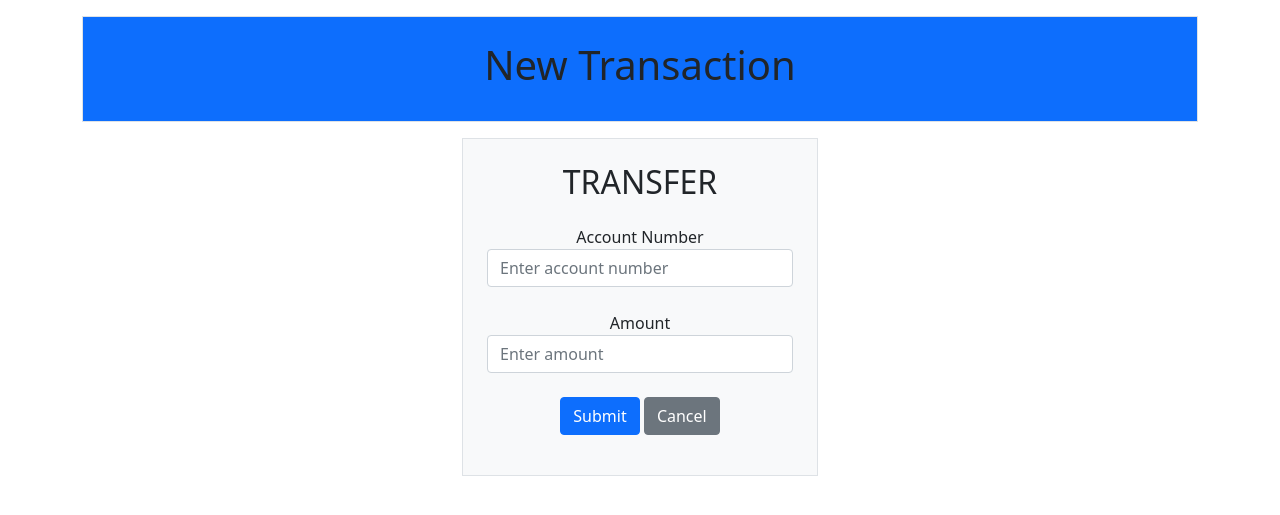
Repository: RMVLajaykumar/monojavaee
Page: http://localhost/13-bankapplication-demo/transaction.jsp
An editor plug-in stored every save of this project. The page is shown before and after the next save, followed by the edit.
The browser window is 1280 px wide. The pictures show the whole page.
The page is served by Tomcat 9. Nobody is signed in. The application's start-up code is not run. Other server files are loaded and not shown.

Above is the page before, as saved 2024-07-20 19:04:48.

### 13-bankapplication-demo/WebContent/transaction.jsp
<%@ page language="java" contentType="text/html; charset=ISO-8859-1"
    pageEncoding="ISO-8859-1"%>
<%@ taglib uri="http://java.sun.com/jsp/jstl/core" prefix="c"%>
<%@ taglib uri="http://java.sun.com/jsp/jstl/functions" prefix="fn"%>
<link href="https://cdn.jsdelivr.net/npm/bootstrap@5.0.2/dist/css/bootstrap.min.css" rel="stylesheet"
  integrity="sha384-EVSTQN3/azprG1Anm3QDgpJLIm9Nao0Yz1ztcQTwFspd3yD65VohhpuuCOmLASjC" crossorigin="anonymous">
<script src="https://cdn.jsdelivr.net/npm/bootstrap@5.0.2/dist/js/bootstrap.bundle.min.js"
  integrity="sha384-MrcW6ZMFYlzcLA8Nl+NtUVF0sA7MsXsP1UyJoMp4YLEuNSfAP+JcXn/tWtIaxVXM" crossorigin="anonymous"></script>
<!DOCTYPE html>
<html>
<head>
<meta charset="ISO-8859-1">
<title>Insert title here</title>
</head>
<body>
  <div class="container mt-3">
    <div class="row justify-content-center">
      <div class="col-12">
        <div class="p-4 border bg-primary text-center">
          <h1>New Transaction</h1>
        </div>
      </div>
    </div>
    <div class="row justify-content-center mt-3">
      <div class="col-lg-4">
        <div class="p-4 border bg-light text-center">
          <h2 class="mb-4">TRANSFER</h2> <!-- Added margin-bottom for more space -->
          <form action="user" method="get">
            <input type="hidden" name="UserController" value="newTransaction">
            <div class="form-group mb-4"> <!-- Added margin-bottom for more space -->
              <label for="account_number">Account Number</label>
              <input type="text" class="form-control" id="account_number" name="receiver_account_number" placeholder="Enter account number" >
            </div>
            <div class="form-group mb-4"> <!-- Added margin-bottom for more space -->
              <label for="transaction_amount">Amount</label>
              <input type="text" class="form-control" id="transaction_amount" placeholder="Enter amount" name="transaction_amount">
            </div>
            <div class="form-group mt-4"> <!-- Added margin-top for more space -->
              <button type="submit" class="btn btn-primary mr-2">Submit</button>
              <button type="reset" class="btn btn-secondary">Cancel</button>
            </div>
          </form>
        </div>
      </div>
    </div>
  </div>
</body>
</html>

After the next save:
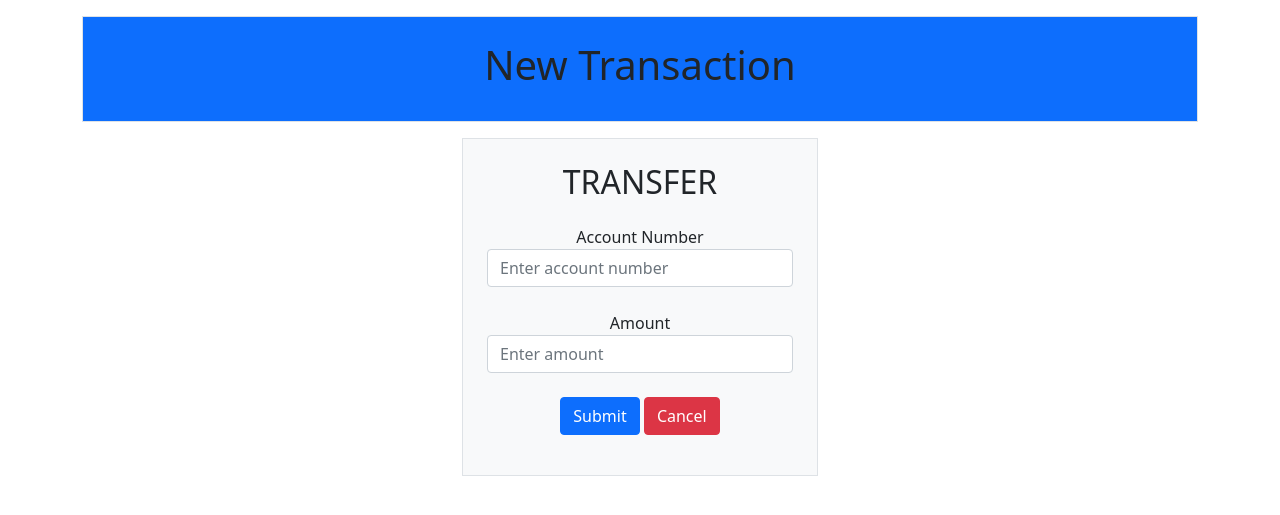
Saved 19 s later.
--- a/13-bankapplication-demo/WebContent/transaction.jsp
+++ b/13-bankapplication-demo/WebContent/transaction.jsp
@@ -37,7 +37,7 @@
             </div>
             <div class="form-group mt-4"> <!-- Added margin-top for more space -->
               <button type="submit" class="btn btn-primary mr-2">Submit</button>
-              <button type="reset" class="btn btn-secondary">Cancel</button>
+              <button type="reset" class="btn btn-danger">Cancel</button>
             </div>
           </form>
         </div>
